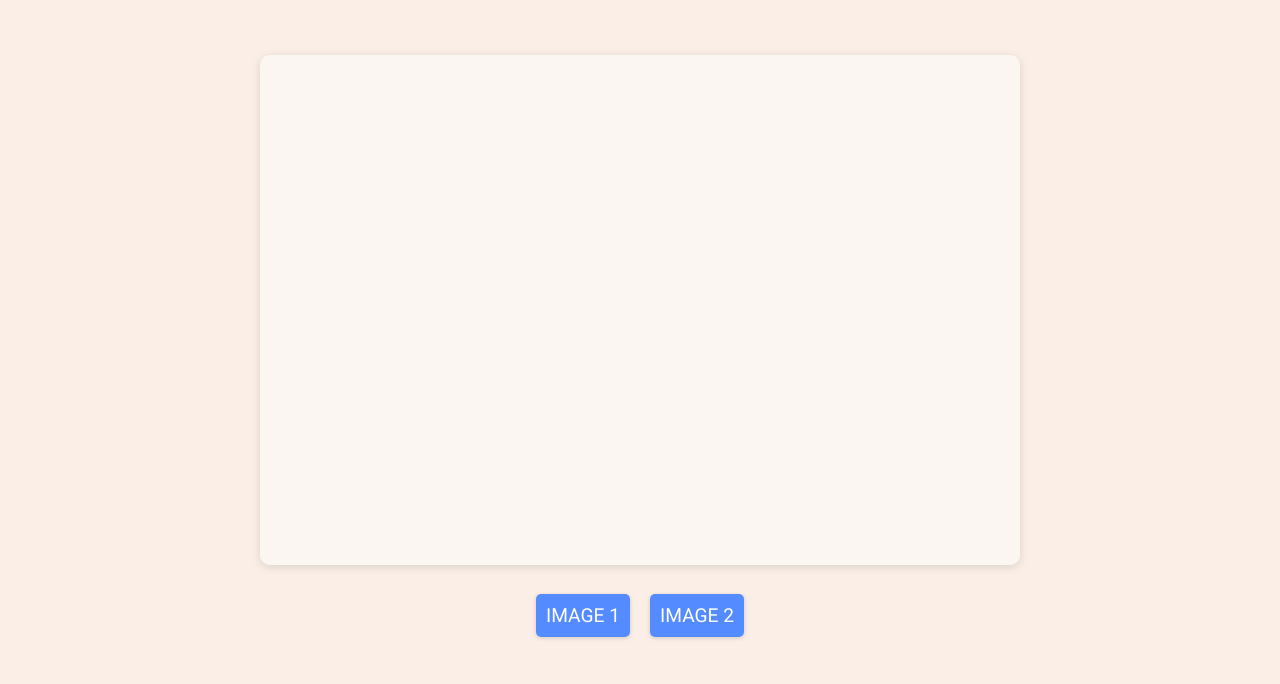
Repository: Lucas-Cassan/img-assembler
Page: / (app in frontend/)
These files come from the project's save history. The page is drawn as it stood at one moment and after the next save; the edit follows.
The browser window is 1280 px wide. The pictures show the whole page.
The project was rebuilt for these pictures with package versions that can differ from the ones it lists, and the page was loaded fresh each time.

Above is the page before, as saved 2022-02-02 15:34:03.

### frontend/src/index.js
import React from "react";
import ReactDOM from "react-dom";
import "./styles/index.scss";
import App from "./App";

ReactDOM.render(
  <React.StrictMode>
    <App />
  </React.StrictMode>,
  document.getElementById("root"),
);

### frontend/src/styles/index.scss
@import url('https://fonts.googleapis.com/css2?family=Roboto:wght@400;700&display=swap');

html{
    padding: 0;
    margin: 0;

    body{
        padding: 0;
        margin: 0;
        width: 100vw;
        height: 100vh;
        overflow: hidden;
        background-color: #FAEEE7;

        #root{
            width: 100%;
            height: 100%;
            display: flex;
            justify-content: center;
            align-items: center;
            flex-direction: column;

            #image{
                width: 750Px;
                padding: 5px;
                height: 500px;
                background-color: rgba($color: #FFF, $alpha: .5);
                border-radius: 10px;
                box-shadow: rgba(99, 99, 99, 0.2) 0px 2px 8px 0px;
                overflow: hidden;
            }
            #form{
                height: 100px;
                display: flex;
                justify-content: center;
                align-items: center;
                width: 100%;

                input{
                    display: none;
                }
                label{
                   box-shadow: rgba(0, 0, 0, 0.16) 0px 1px 4px;
                    cursor: pointer;
                    margin: 10px;
                    padding: 10px;
                    font-size: 1.2em;
                    background-color: #548CFF;
                    color: white;
                    border-radius: 5px;
                    font-family: 'Roboto', sans-serif;
                    text-transform: uppercase;

                }
            }
        }

    }
}

### frontend/src/App.js
import React from "react";
import Fusiooooon from "./pages/Fusiooooon";

const App = () => {
  return (
    <>
      <Fusiooooon />
    </>
  );
};

export default App;

### frontend/src/pages/Fusiooooon.js
import React, { useState } from "react";
import axios from "axios";

const Fusiooooon = () => {
  const [file1, setFile1] = useState();
  const [file2, setFile2] = useState();

  const handleSubmit = (e) => {
    e.preventDefault();

    console.log(file1);
    const data = new FormData();
    data.append("file", file1);

    axios({
      method: "post",
      url: `http://localhost:5000/img/merge`,
      data,
    })
      .then((res) => console.log(res))
      .catch((err) => console.log(err));
  };

  const handleSubmit2 = (e) => {
    e.preventDefault();

    console.log(file1);
    const data = new FormData();
    data.append("file", file2);

    axios({
      method: "post",
      url: `http://localhost:5000/img/merge`,
      data,
    })
      .then((res) => console.log(res))
      .catch((err) => console.log(err));
  };

  return (
    <>
      <div id="image"></div>
      <div id="form">
        <form action="" onSubmit={handleSubmit}>
          <label htmlFor="image1">Image 1</label>
          <input
            type="file"
            name="image1"
            id="image1"
            accept=".jpg, .jpeg, .png"
            onChange={(e) => setFile1(e.target.image1[0])}
          />
          <input type="submit" value="enregistrer" />
        </form>
        <form action="" onSubmit={handleSubmit2}>
          <label htmlFor="image2">Image 2</label>
          <input
            type="file"
            name="image2"
            id="image2"
            accept=".jpg, .jpeg, .png"
            onChange={(e) => setFile2(e.target.image2[0])}
          />
          <input type="submit" value="enregistrer" />
        </form>
      </div>
    </>
  );
};

export default Fusiooooon;

Loaded but not shown: frontend/public/index.html (common file)

After the next save:
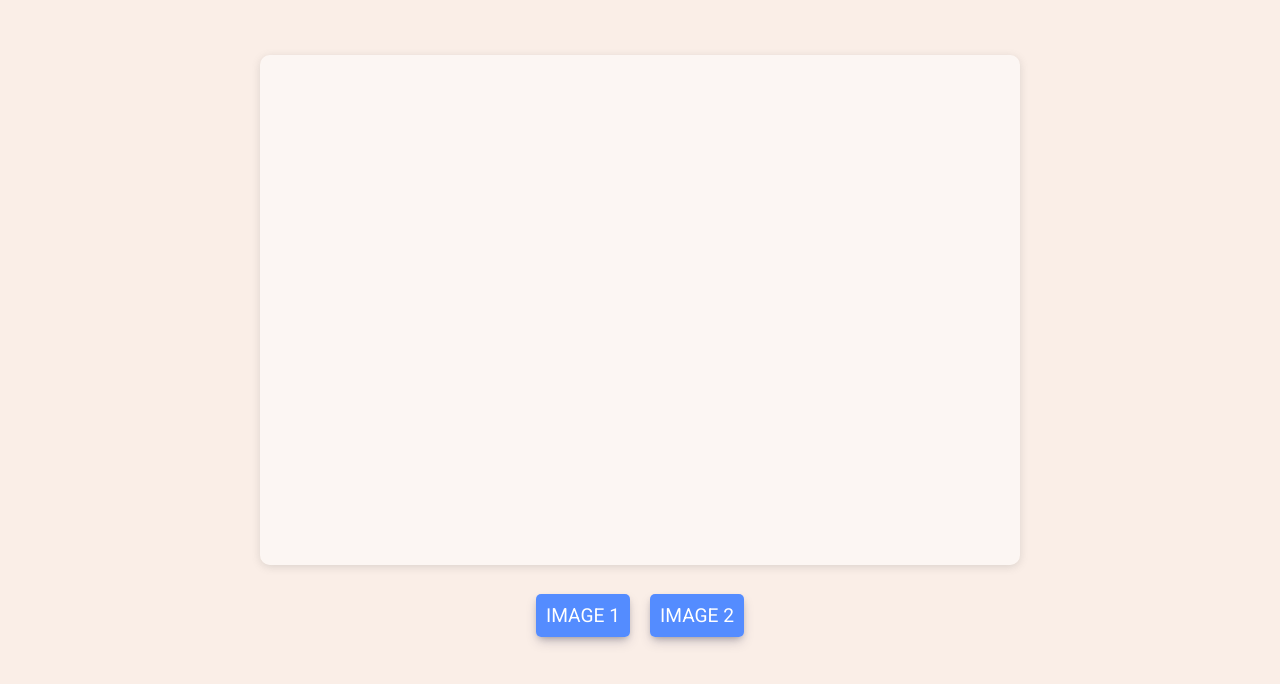
Saved 20 s later.
--- a/frontend/src/styles/index.scss
+++ b/frontend/src/styles/index.scss
@@ -40,7 +40,7 @@ html{
                     display: none;
                 }
                 label{
-                   box-shadow: rgba(0, 0, 0, 0.16) 0px 1px 4px;
+                    box-shadow: rgba(50, 50, 93, 0.25) 0px 6px 12px -2px, rgba(0, 0, 0, 0.3) 0px 3px 7px -3px;
                     cursor: pointer;
                     margin: 10px;
                     padding: 10px;
